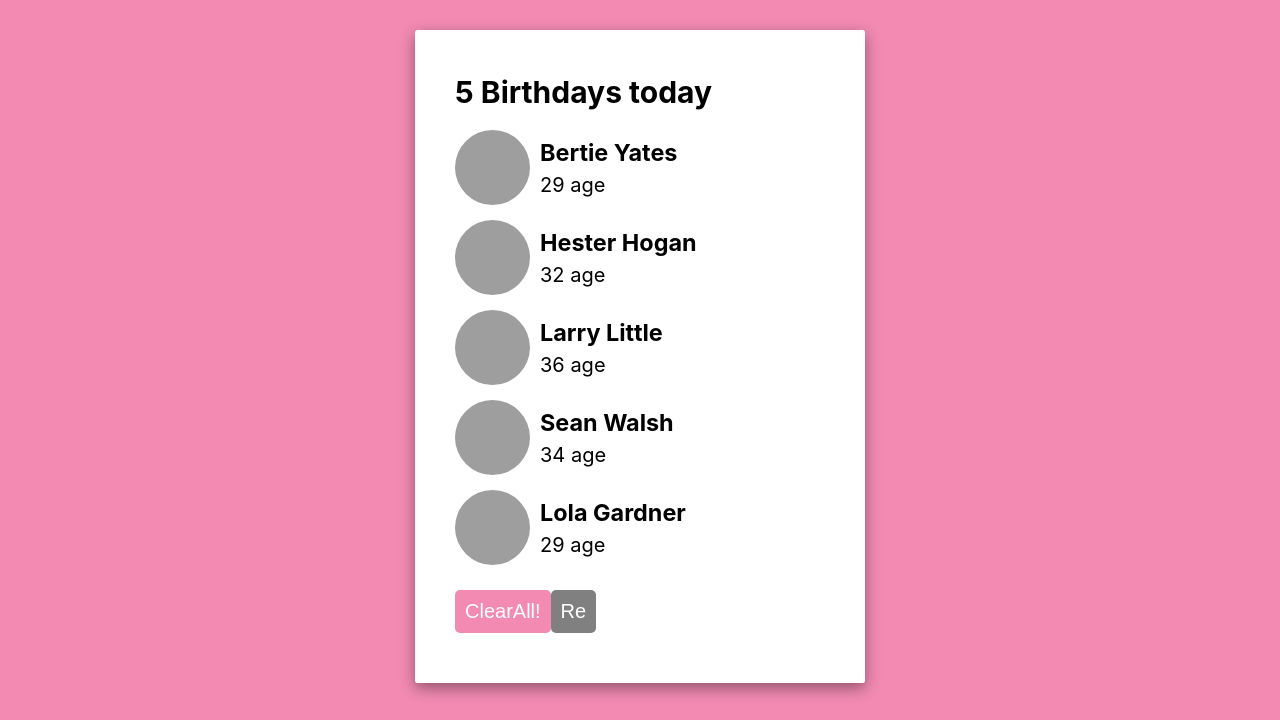
Repository: thaiduy1704/ReactTypeScript-Basic
Page: / (app in 01-birthday-reminder/)
The author's editor kept a copy of each file at every save. The page is drawn from the files as they stood at one save, then again after a run of saves.
The browser window is 1280 px wide. The pictures show the whole page.
Pictures or frames that could not be fetched are drawn as grey boxes. The project was rebuilt for these pictures with package versions that can differ from the ones it lists, and the page was loaded fresh each time.

Above is the page before, as saved 2022-08-05 16:33:35.

After the next 5 saves:
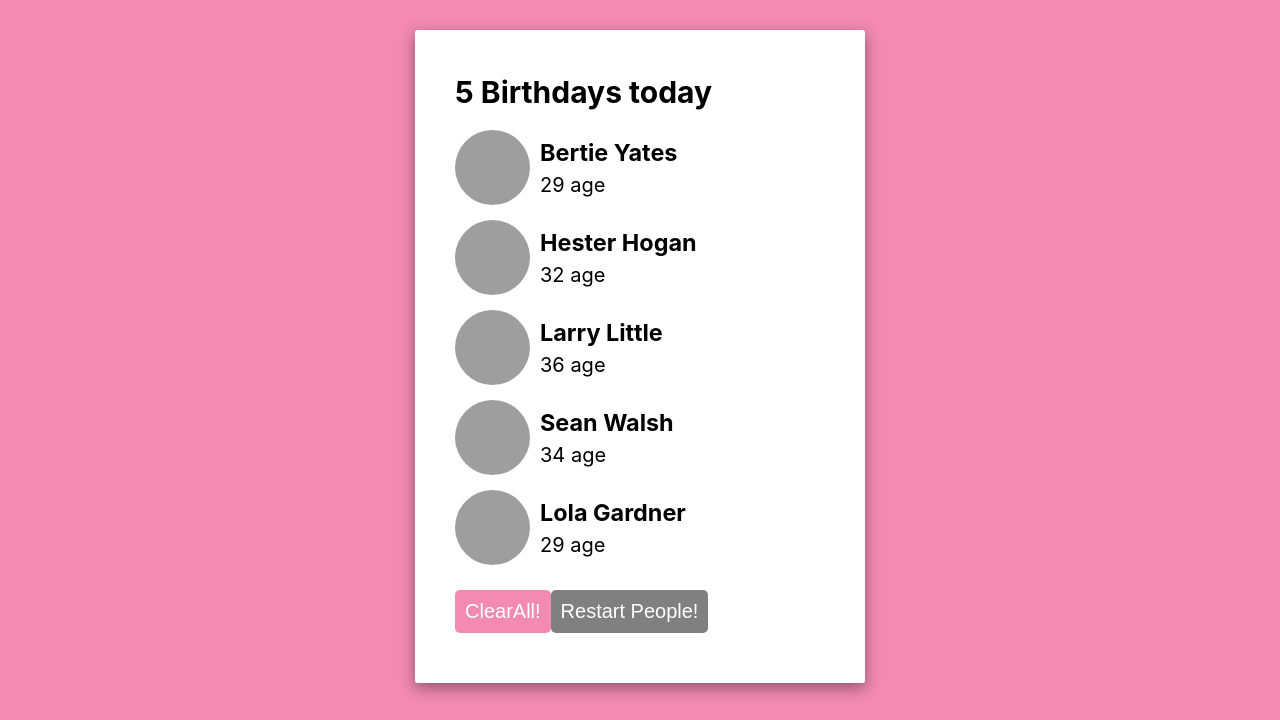
The 5 saves are shown as one change because they came seconds apart.
The last was saved 15 s later.
--- a/01-birthday-reminder/src/components/Card.tsx
+++ b/01-birthday-reminder/src/components/Card.tsx
@@ -30,7 +30,7 @@ export const Card: React.FC<PeopleType> = ({
           className={`${people.length !== 0 && "disable"}`}
           onClick={() => clearPeople()}
         >
-          Re
+          Restart People!
         </button>
       </div>
     </Wrapper>
